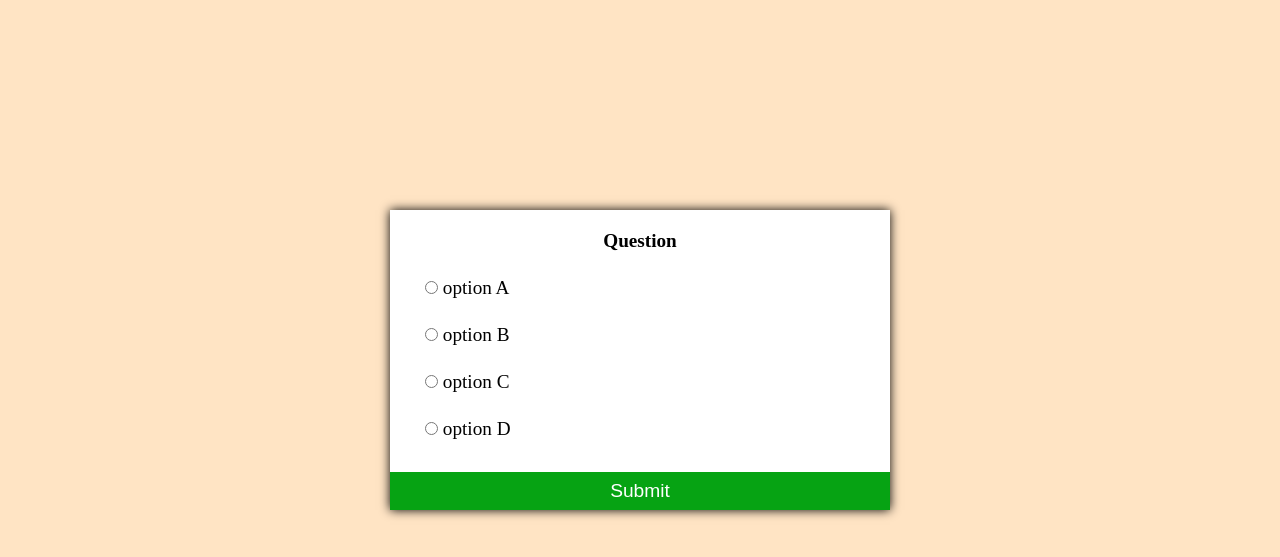
Repository: JunaidAnsari202/Quiz-App
Page: index.html
An editor plug-in stored every save of this project. The page is shown before and after a run of saves, followed by the edit.
The browser window is 1280 px wide. The pictures show the whole page.

Above is the page before, as saved 2024-10-13 21:01:21.
Console error: SyntaxError: Missing initializer in const declaration

### index.html
<!DOCTYPE html>
<html lang="en">
<head>
    <meta charset="UTF-8">
    <meta name="viewport" content="width=device-width, initial-scale=1.0">
    <title>Quiz app</title>
    <link rel="stylesheet" href="style.css">
</head>
<body>
     <div class="quiz-container">

        <h2 id="quiz-question">
            Question
        </h2>
        <ul>

            <li>
                <input type="radio" class="answer" id="option-a" name="quiz">
                 <label for="option-a" id="text_option_a">option A</label>
                </li>
                 <li>
                    <input type="radio" class="answer" id="option-a"  name="quiz">
                 <label for="option-b" id="text_option_b">option B</label>
                 </li>

                 <li>
                    <input type="radio" class="answer" id="option-a"  name="quiz">
                 <label for="option-c" id="text_option_c">option C</label>
                 </li>

                <li>
                    <input type="radio" class="answer" id="option-a"  name="quiz">
                    <label for="option-d" id="text_option_d">option D</label>
                </li>

        </ul>

        <button id="submit">Submit</button>

     </div>


    <script src="script.js"></script>
</body>
</html>

### style.css
*{
    margin: 0;
    padding: 0;
    box-sizing: border-box;
}

body{
    background-color: bisque;
    display: flex;
    justify-content: center;
    align-items: center;
    height: 100vh;
}

.quiz-container{
    border: 10px;
    box-shadow: 0 0 10px 0 black;
    width: 500px;
    height: 300px;
    background-color: white;
    position: relative;
}

#quiz-question{
    font-size: 1.2rem;
    padding: 20px;
    text-align: center;
}

ul{
    list-style: none;
    margin-left: 30px;
}

li{
    font-size: 1.2rem;
    margin-bottom: 15px;
    padding: 5px;
    cursor: pointer;
}

#submit{
    background-color: rgb(6, 163, 19);
    border: none;
    color: white;
    font-size: 1.2rem;
    display: block;
    width: 100%;
    position: absolute;
    bottom: 0;
    left: 0;
    padding: 8px;
    /* box-shadow: 0 0 10px 0 black; */

}

#submit:hover{
    background-color: rgb(57, 111, 3);
    cursor: pointer;
}

### script.js
const quiz =[
    {
        question: "What is the most used programming in 2021",
        ans1text:"java",
        ans2text:"C",
        ans3text:"Python",
        ans4text:"Javascripit",

  },

  {
    question: "What is the most used programming in 2021",
    ans1text:"java",
    ans2text:"C",
    ans3text:"Python",
    ans4text:"Javascripit",

},

{
    question: "What is the most used programming in 2021",
    ans1text:"java",
    ans2text:"C",
    ans3text:"Python",
    ans4text:"Javascripit",

},

{
    question: "What is the most used programming in 2021",
    ans1text:"java",
    ans2text:"C",
    ans3text:"Python",
    ans4text:"Javascripit",

},
]

const question = document.getElementById("quiz-question");
const option_a = document.getElementById("text_option_a");
const option_b = document.getElementById("text_option_b");
const option_c = document.getElementById("text_option_c");
const option_d = document.getElementById("text_option_d");
const answerElement = document.querySelectorAll(".answer")

const submit = document.getElementById("submit");

let currentQuestion = 0;
let score = 0;

question.textContent = quiz[currentQuestion].question;
option_a.textContent = quiz[currentQuestion].ans1text;
option_b.textContent = quiz[currentQuestion].ans1text;
option_c.textContent = quiz[currentQuestion].ans1text;
option_d.textContent = quiz[currentQuestion].ans1text;

submit.addEventListener("click",()=>{
    const checked
})

After the next 12 saves:
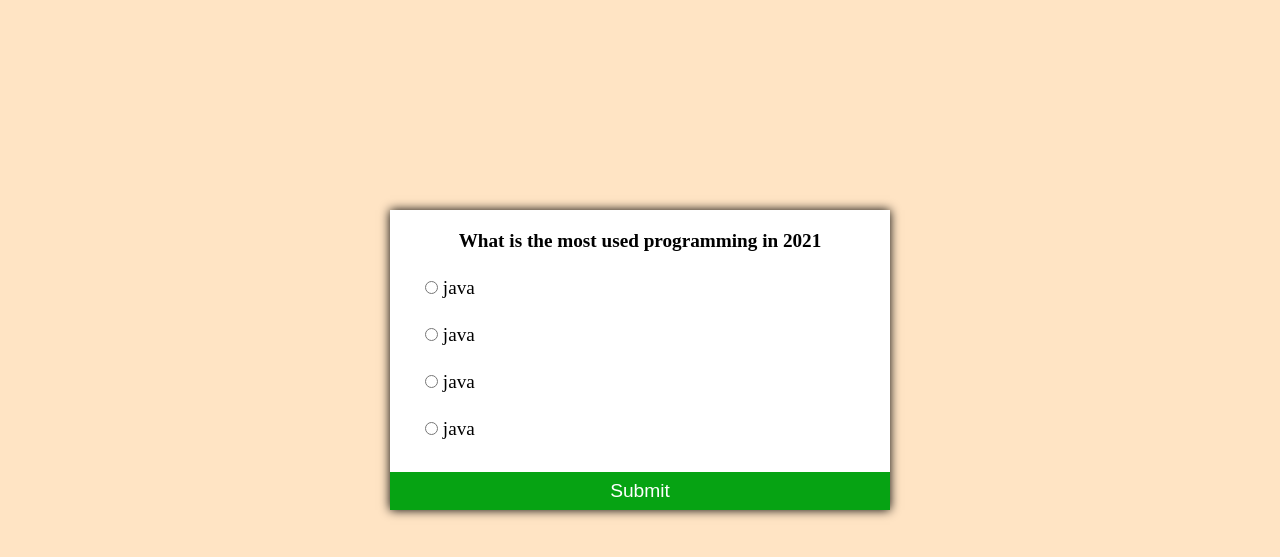
The error is gone.
The 12 saves are shown as one change because they came seconds apart.
The last was saved 20 s later.
--- a/script.js
+++ b/script.js
@@ -55,5 +55,5 @@ option_c.textContent = quiz[currentQuestion].ans1text;
 option_d.textContent = quiz[currentQuestion].ans1text;
 
 submit.addEventListener("click",()=>{
-    const checked
+    const checkedAns = document.quer
 })
